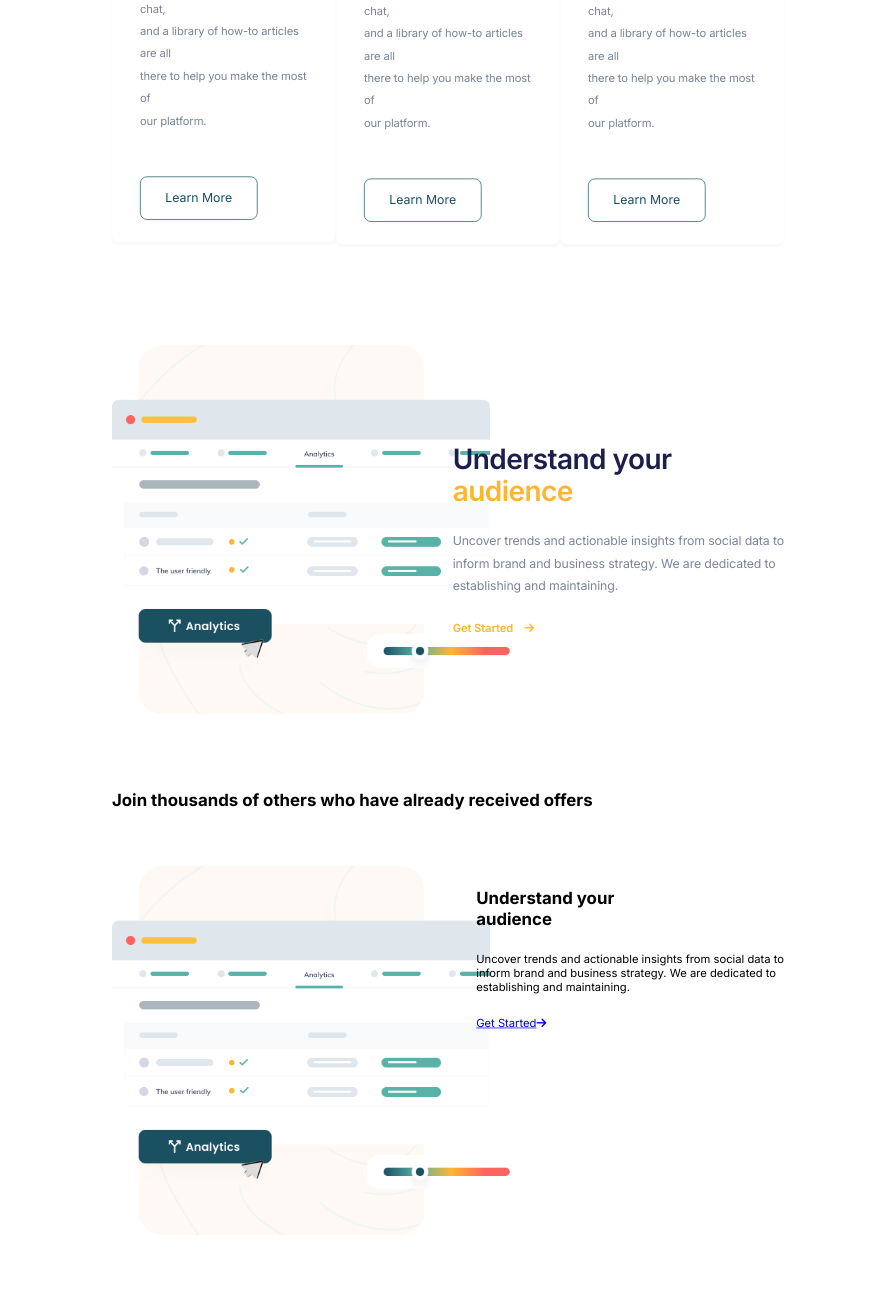
Repository: badhon252/Clickbay
Page: index.html
These files come from the project's save history. The page is drawn as it stood at one moment and after the next save; the edit follows.
The browser window is 1280 px wide. The pictures show the part of the page from y = 1700 to 3620 px (the page is 3572 px tall before and 3620 px after), at 70% of full size.
The style sheet was rebuilt from its Sass, Less or Tailwind sources for each picture, by a compiler version that may differ from the author's.

Above is the page before, as saved 2022-09-05 03:03:09.

After the next save:
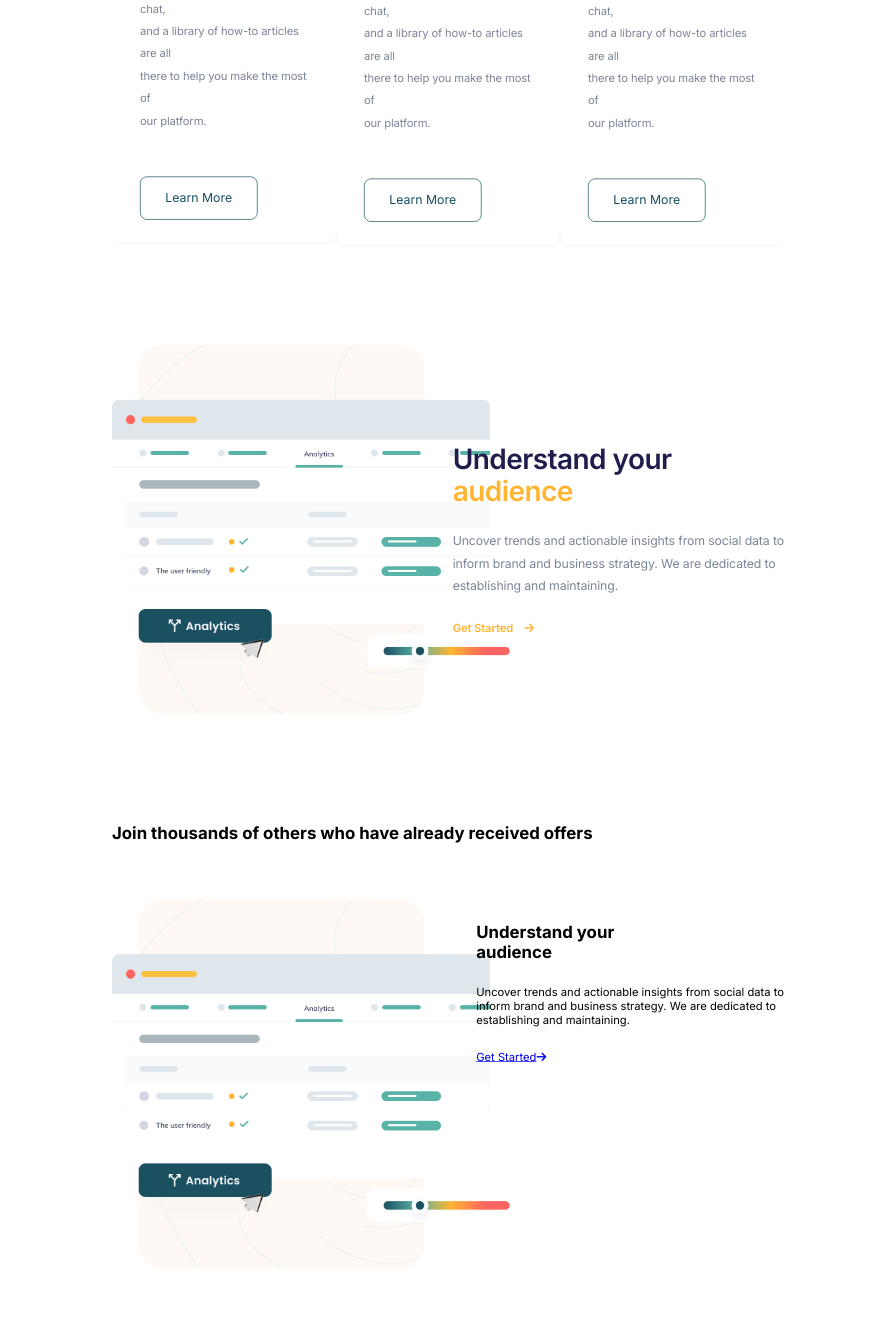
Saved 12 s later.
--- a/index.html
+++ b/index.html
@@ -136,7 +136,7 @@
     </section>
 
     <section class="fourth_section container">
-        <h1>Join thousands of others who have already received offers</h1>
+        <h1 class="my-3">Join thousands of others who have already received offers</h1>
         <div class="row my-5">
             <div class="col-md-6"><img src="./images/Group 703.png" alt=""></div>
             <div class="col-md-6 third_section_texts">
